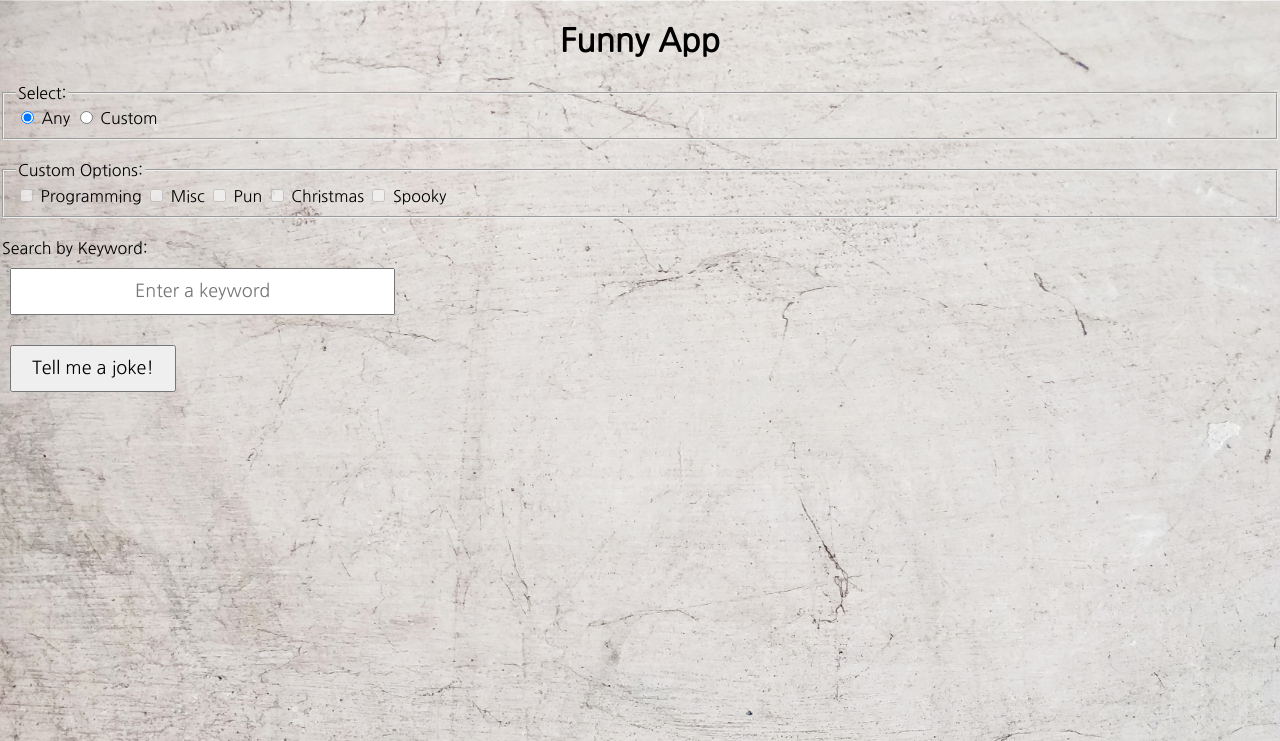
Repository: kaitlynMidori/dadJokeApi
Page: index.html
An editor plug-in stored every save of this project. The page is shown before and after the next save, followed by the edit.
The browser window is 1280 px wide. The pictures show the whole page.
Some web libraries are served in a nearby version.

Above is the page before, as saved 2021-01-08 12:09:00.

### index.html
<!DOCTYPE html>
<html lang="en">
<head>
    <meta charset="UTF-8">
    <meta name="viewport" content="width=device-width, initial-scale=1.0">
    <title>Joke App</title>
    <link href="style.css" rel="stylesheet" type="text/css" />
    <link rel="preconnect" href="https://fonts.gstatic.com">
    <link href="https://fonts.googleapis.com/css2?family=Nanum+Gothic&display=swap" rel="stylesheet">

</head>
<body>
    <div id="container">
        <header>
            <h1>Funny App</h1>
        </header>

        <fieldset>
            <legend>Select:</legend>
                <div id="form-check">
                    <input type="radio"  id="any" name="type" value="Any" checked>
                    <label for="any">Any</label>

                    <input type="radio"  id="custom" name="type" value="Custom">
                    <label for="custom">Custom</label>
                </div>
        </fieldset>

        <br>

        <fieldset id="options" disabled>
            <legend>Custom Options:</legend>
                <div id="form-check form-check-inline">
                    <input type="checkbox" id="coding" name="category" value="Programming">
                    <label for="coding">Programming</label>

                    <input type="checkbox" id="misc" name="category" value="Miscellaneous">
                    <label for="misc">Misc</label>

                    <input type="checkbox" id="pun" name="category" value="Pun">
                    <label for="pun">Pun</label>

                    <input type="checkbox" id="chris" name="category" value="Christmas">
                    <label for="chris">Christmas</label>

                    <!-- <input type="checkbox" id="dark" name="category" value="dark">
                    <label for="dark">Dark</label> -->

                    <input type="checkbox" id="spooky" name="category" value="spooky">
                    <label for="spooky">Spooky</label>
                </div>
        </fieldset>

        <br>

            <form>
                <legend>Search by Keyword:</legend>
                <input type="form-control" placeholder="Enter a keyword" id="keyword">
            </form>

            <br>

            <button type="submit" id="submit button">Tell me a joke!</button>
            <div id="result"></div>
    </div>

    <script src="https://code.jquery.com/jquery-3.2.1.min.js"
          integrity="sha256-hwg4gsxgFZhOsEEamdOYGBf13FyQuiTwlAQgxVSNgt4="
          crossorigin="anonymous"></script>
    <script src="app.js"></script>
</body>
</html>

### style.css
body{
    margin: 0;
    background: cover;
    background-size: cover;
    background-repeat: no-repeat;
    background-image: url("screenshots/white-teal backdrop.jpg");
    /* background-image: linear-gradient(120deg, #a1c4fd 0%, #c2e9fb 100%); */
    min-height: 100vh;
}

* {
    font-family: 'Nanum Gothic', sans-serif;
    color: black;
}

header {
    width: 100%;
    margin-top: 5px;
    justify-content: center;
}

h1 {
    text-align: center;
}

button{
    margin-top: 10px;
    margin-left: 10px;
    height: auto;
    font-size: 18px;
    font-weight: 500;
    text-align: center;
    color: black;
    cursor: pointer;
    margin-bottom: 0;
    /* border-radius: 3px; */
    padding: 10px 20px;
}

#keyword {
    margin-top: 10px;
    margin-left: 10px;
    height: auto;
    font-size: 18px;
    font-weight: 500;
    text-align: center;
    color: black;
    cursor: pointer;
    margin-bottom: 0;
    /* border-radius: 3px; */
    padding: 10px 20px;
}

### app.js
//declare 'option', 'custom', 'any' element id's
let option = document.getElementById("options");
let custom = document.getElementById("custom");
let any = document.getElementById("any");

//add event listener on click
//if 'any' option checked
//disable options
any.addEventListener("click", (e)=>{
    if(e.target.checked){
        option.disabled = true;
    }
});

//add event listener on click
//if 'custom' option checked
//enable options
custom.addEventListener("click", (e)=>{
    if(e.target.checked){
        option.disabled = false;
    }
});

//declare asyncrynous getJoke
const getJoke = async () => {
    //declare result  = HTML div 'result' element id
    let result = document.getElementById('result');
    //replace result element with empty string
    result.innerHTML = "";
    //declare checkboxes= filter category checkboxes for checked
    let checkboxes = [...document.getElementsByName('category')].filter((checkbox)=>checkbox.checked);
    //declare category as empty string
    let category = "";
    //if 'any' type is checked
    if(any.checked){
        //category = 'any'
        category = "Any";
    }
    //if 'custom' type is checked
    if(custom.checked){
        //category = map to join checked category values
        category = checkboxes.map((c)=>c.value).join();
    }
    //console.log user selected joke category
    console.log(category);
    //declare url = dynamically generate url inserting user selected category
    let url = `https://v2.jokeapi.dev/joke/${category}`;
    // declare keyword = HTML form div 'keyword' element id
    let keyword = document.getElementById("keyword").value;
    //if keyword does not equal empty; dynamically generate url with user keyword input
    if(keyword != ""){
        url = `https://v2.jokeapi.dev/joke/${category}?contains=${keyword}`;
    }
    console.log(url);
    const response = await fetch(url);
    const data = await response.json();
    console.log(data);

    //if JSON data response = API doc response 'single'
    if(data.type == "single"){
        //insert API doc 'joke' into response element
        result.innerHTML = `<h3>${data.joke}</h3>`;
    }
    //if JSON data response = API doc response 'twopart'
    if(data.type == "twopart"){
        //insert API doc 'setup' into response element
        result.innerHTML = `<h3>${data.setup}</h3>`;
        //display 'delivery' after 1 second
        setTimeout(()=>{
            //insert API doc 'delivery' into response element
            result.innerHTML += `<h3>${data.delivery}</h3>`;
        },1000);
    }
}

//declare submit = HTML button 'submit button'
let submit = document.getElementById('submit button');
//upon 'submit', add event listener for 'click and activate 'getJoke'
submit.addEventListener("click", getJoke);

After the next save:
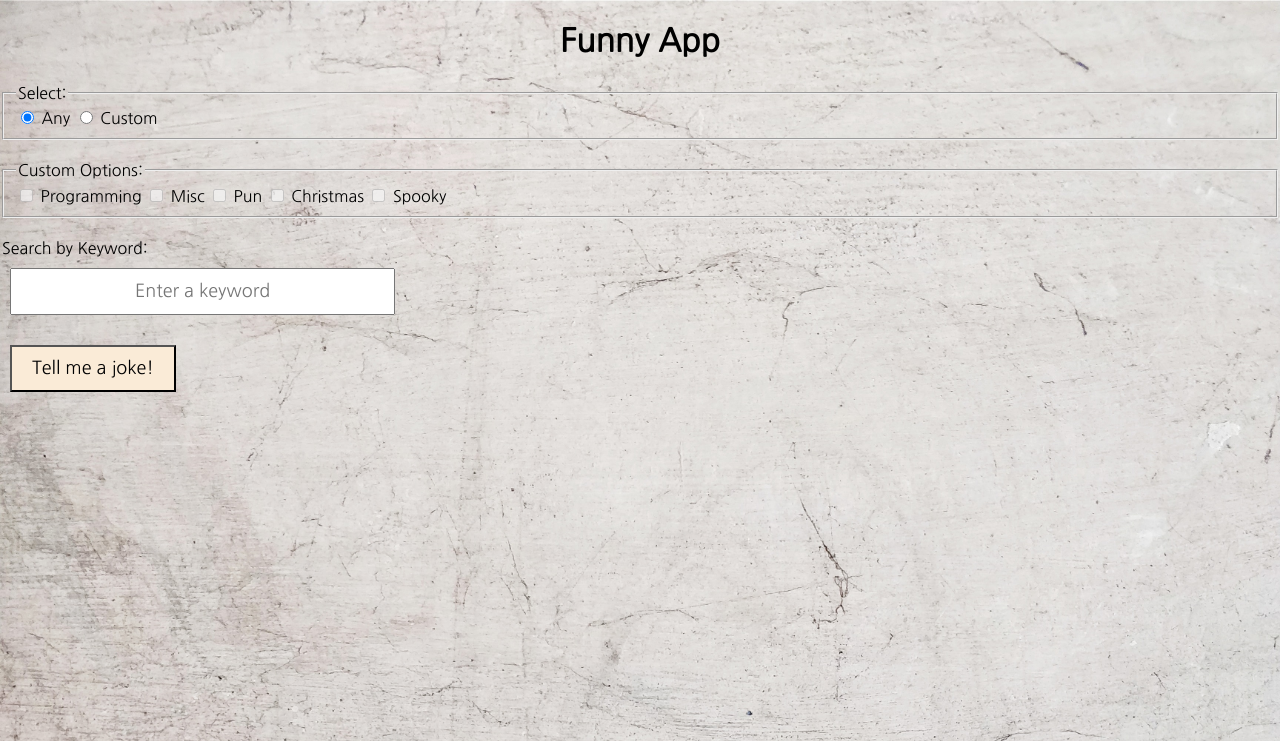
Saved 63 s later.
--- a/style.css
+++ b/style.css
@@ -24,6 +24,7 @@ h1 {
 }
 
 button{
+    background-color: antiquewhite;
     margin-top: 10px;
     margin-left: 10px;
     height: auto;
